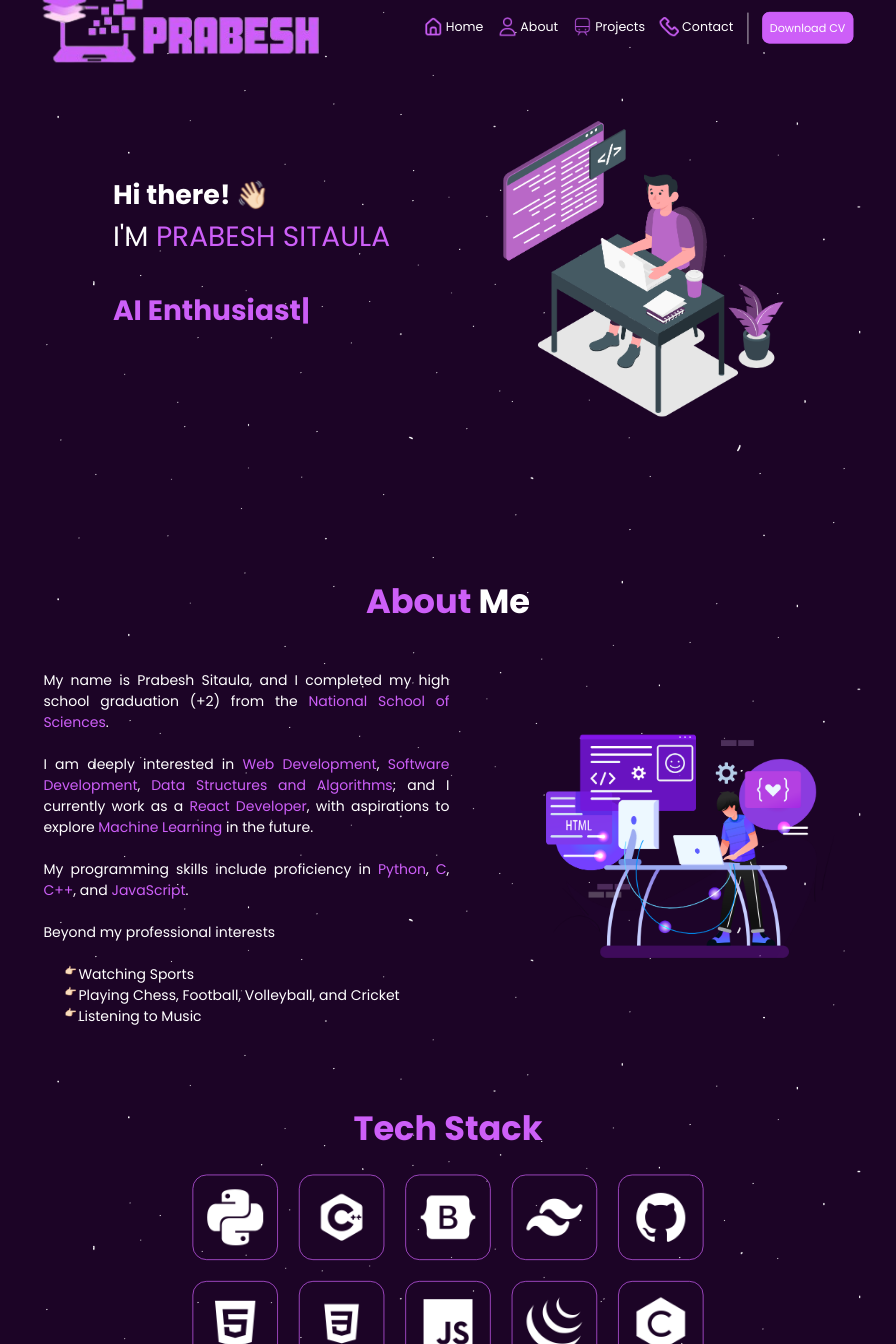
Repository: prabeshsitaula07/portfolio
Page: /
An editor plug-in stored every save of this project. The page is shown before and after the next save, followed by the edit.
The browser window is 1280 px wide. The pictures show the part of the page from y = 0 to 1920 px (the page is 3999 px tall), at 70% of full size.
Backgrounds fixed to the window are drawn as part of the page. The project was rebuilt for these pictures with package versions that can differ from the ones it lists, and the page was loaded fresh each time. Also part of the build but not shown: src/css/button.css. Imported but missing from the stored project, and not drawn on this page: src/Components/Navbar/PrabeshSitaulaCV.pdf.

Above is the page before, as saved 2025-01-02 16:09:30.

After the next save:
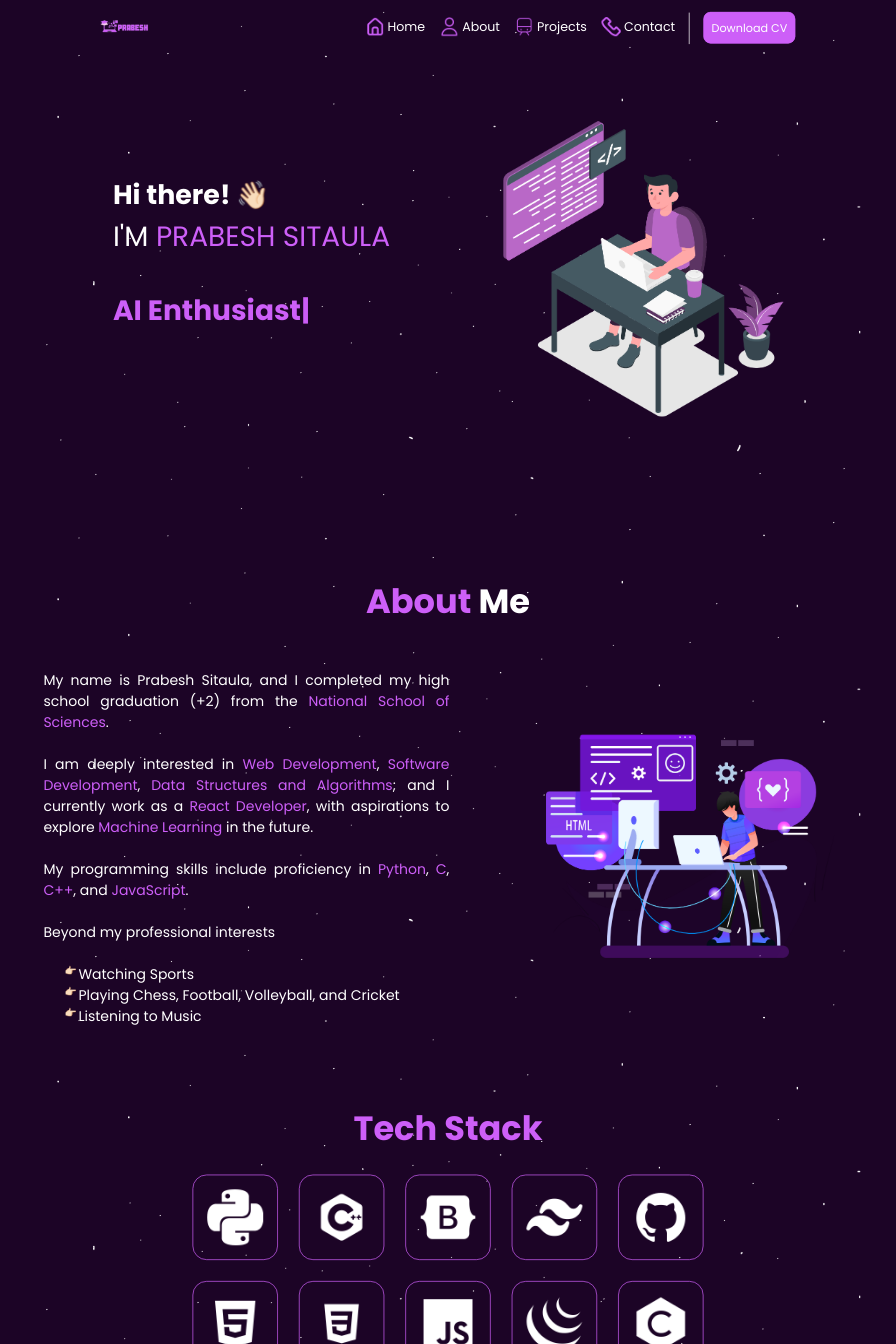
Saved 5 s later.
--- a/src/Components/Navbar/navbar.css
+++ b/src/Components/Navbar/navbar.css
@@ -54,7 +54,8 @@
 }
 
 .logo img {
-    height: ;
+    height: 20px;
+    width: auto;
 }
 
 .navbar li .hanimation {
